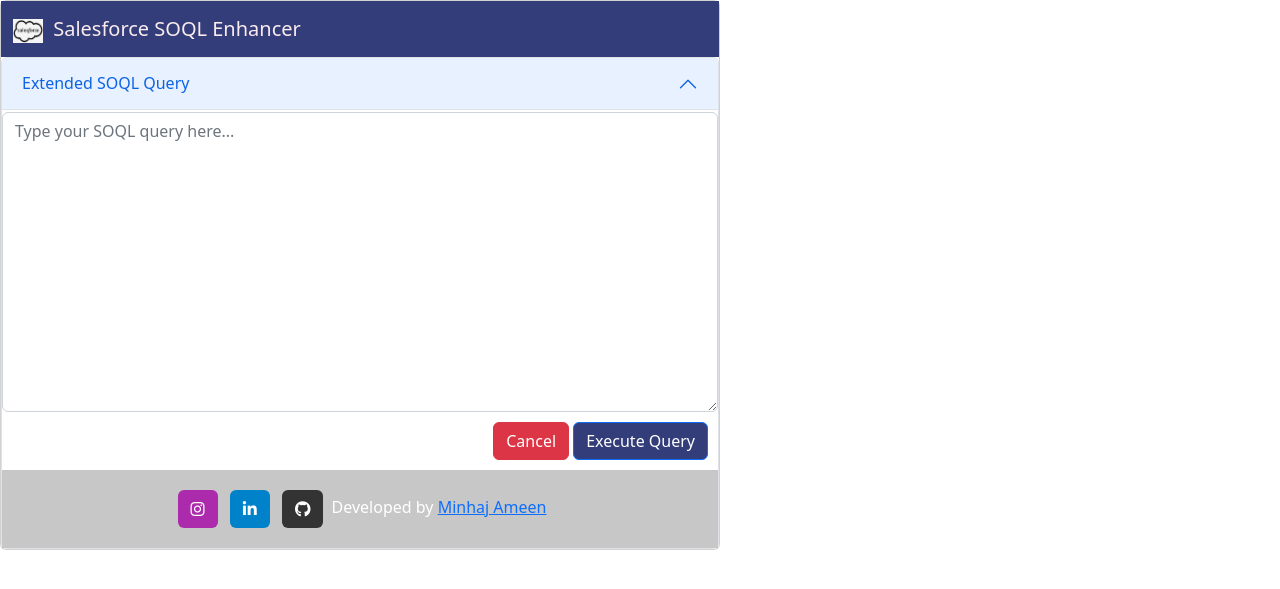
Repository: anweshpargi/salesforceExtension
Page: popup.html
An editor plug-in stored every save of this project. The page is shown before and after the next save, followed by the edit.
The browser window is 1280 px wide. The pictures show the whole page.

Above is the page before, as saved 2023-09-03 01:33:36.
Not found: js/jsforce.js

### popup.html
<!DOCTYPE html>
<html lang="en">

<head>
    <meta charset="UTF-8">
    <meta http-equiv="X-UA-Compatible" content="IE=edge">
    <meta name="viewport" content="width=device-width, initial-scale=1.0">
    <link rel="stylesheet" href="bootstrap/css/bootstrap.min.css">

    <script src="bootstrap/js/bootstrap.min.js" type="text/javascript"></script>
    <script src="js/jsforce.js" type="text/javascript"></script>
    <link rel="stylesheet" href="https://cdnjs.cloudflare.com/ajax/libs/font-awesome/6.4.2/css/all.min.css" />

    <!-- <script src="https://kit.fontawesome.com/2bad70dabe.js" crossorigin="anonymous"></script> -->

    <!-- JavaScript Bundle with Popper -->

    <title> Salesforce Test Class Data Generator</title>
</head>


<body style="width: 720px">
    <div class="card">
        <nav class="navbar" style="background-color: #333D79FF;">
            <div class="container-fluid">
                <a class="navbar-brand" style="color: #FAEBEFFF;" href="#">
                    <img src="/icon.png" alt="Logo" width="30" height="24" style="margin-right: 5px;"
                        class="d-inline-block">
                    Salesforce SOQL Enhancer
                </a>
            </div>
        </nav>

        <div class="accordion" id="accordionExample">
            <div class="accordion-item">
                <h2 class="accordion-header" id="headingOne">
                    <button class="accordion-button" type="button" data-bs-toggle="collapse"
                        data-bs-target="#collapseOne" aria-expanded="true" aria-controls="collapseOne">
                        Extended SOQL Query
                    </button>
                </h2>
                <div id="collapseOne" class="accordion-collapse collapse show" aria-labelledby="headingOne"
                    data-bs-parent="#accordionExample">

                    <div class="">
                        <textarea style="margin-top: 2px; height: 300px;" class="form-control"
                            placeholder="Type your SOQL query here..." id="floatingtextarea"></textarea>
                    </div>
                    <div style="text-align: right; margin: 10px;">
                        <span style="color: green; font-weight: bold; display: none;" id="status" > </span>&nbsp;&nbsp;
                        <span id="loader" style="display: none;">
                            <span class="spinner-border text-primary"  role="status"></span>
                            <span style="color: darkblue;" id=""> &nbsp; Processing wait... </span>
                            <span style="color: darkblue;" id="count">  </span>&nbsp;
                        </span>
                        <span>
                            <button class="btn btn-success"  style="display: none;" id="downloadExcel" type="">Download Excel</button>
                        </span>
                        <button class="btn btn-danger" style=""  id="cancel" type="">Cancel</button>

                        <button class="btn btn-primary" style="background-color: #333D79FF;"  id="getbutton" type="">Execute Query</button>
                    </div>
                </div>

                <div class="bg-light text-center text-white">

                    <div class="text-center p-3" style="background-color: rgba(0, 0, 0, 0.2);">


                      <!-- Instagram -->
                      <a
                        class="btn text-white btn-floating m-1"
                        target="_blank"
                        style="background-color: #ac2bac;"
                        href="https://www.instagram.com/_spartann__/"
                        role="button"
                        ><i class="fab fa-instagram"></i
                      ></a>

                      <!-- Linkedin -->
                      <a
                        class="btn text-white btn-floating m-1"
                        target="_blank"
                        style="background-color: #0082ca;"
                        href="https://www.linkedin.com/in/minhajameen5/"
                        role="button"
                        ><i class="fab fa-linkedin-in"></i
                      ></a>

                      <!-- Github -->
                      <a
                        class="btn text-white btn-floating m-1"
                        target="_blank"
                        style="background-color: #333333;"
                        href="https://github.com/minhaj-ameen"
                        role="button"
                        ><i class="fab fa-github"></i
                      ></a>
                      Developed by
                      <a class="" target="_blank" href="https://www.instagram.com/_spartann__/"> Minhaj Ameen</a>
                    </div>

                </div>

            </div>
        </div>
    </div>

</body>
<script type="text/javascript" src="js/popup.js"></script>
<script type="text/javascript" src="js/xlsx.full.min.js"></script>
<!-- <script src='https://kit.fontawesome.com/a076d05399.js' crossorigin='anonymous'></script> -->


</html>

### js/popup.js
//store connection... con object
var conn = undefined;
var inputQuery = undefined;

console.log('popup js loaded succesfully')
document.querySelector('#getbutton').addEventListener('click', () => {
  console.log('XLSX ' + XLSX);
  console.log('method invoked on button click')
  chrome.tabs.query({ active: true, currentWindow: true }, (tabs) => {
    console.log('inside tabs query')
    var tab = tabs[0]
    console.log(tab.url.split('.')[0]);
    var instanceUrl = undefined
    if(tab?.url != undefined && tab.url.includes('sandbox')){
      console.log('Success if condition includes sandbox');
       instanceUrl = tab.url.split('.')[0] + '.sandbox.my.salesforce.com'
    }else{
      instanceUrl = tab.url.split('.')[0] + '.my.salesforce.com'
    }
    console.log(tab)
    var domainUrl = new URL(tab.url)
    var sessionId = undefined
    if (
      tab.url &&
      (tab.url.includes('.lightning.force.com') ||
        tab.url.includes('.salesforce.com'))
    ) {
      var port = chrome.runtime.connect({ name: 'knockknock' })
      port.postMessage({ host: instanceUrl.replace('https://', '') })
      port.onMessage.addListener(function (msg) {
        console.log('response from backgroundjs' + msg.ssid)
        sessionId = msg.ssid
        if (sessionId) {
          console.log('session id received  ', sessionId)
          conn = new jsforce.Connection({
            serverUrl: instanceUrl,
            instanceUrl: instanceUrl,
            sessionId: sessionId,
            version: '58.0',
          }) //jsforce
          console.log('connection', conn)
          getQueryInput()
        } else {
          alert('Salesforce Session Not found')
        }
      })
    } else {
      alert(
        'Not a Salesforce Domain!, Keep Salesforce Tab Active and Run again',
      )
    }
  })
})

function getQueryInput() {
  try {
    if (conn) {
      inputQuery = document
        .querySelector('#floatingtextarea')
        .value.replace(/\s\s+/g, ' ')
        .trim()
      console.log('Input query by user >> ' + inputQuery)
      processQuery(inputQuery);
    } else {
      alert('Connection not available')
    }
  } catch (error) {
    alert('Something went wrong ' + error.name)
  }
}

var records = [];
var processedQueries = [];
var recordCount = 0;
var countElement = undefined;
var statusElement = undefined;

async function processQuery(query) {
  countElement = document.getElementById('count');
  statusElement = document.getElementById('status');
  statusElement.style.display = "none";
  console.log('@@@ elementcount ' + countElement);
  recordCount = 0;
  records = [];
  processedQueries = [];
  try {
    isDisableExecute(true);
    showDownloadExcel(false);
    showSpinner(true);
    var match = query.match(/\(([^)]+)\)/i)
    if (match && query.length > 4000) {
      console.log('match and lenght pass');
      var valuesString = match[1];
      console.log('valuesString>> ' + valuesString);
      var valuesList = valuesString.split(',');

      var batchSize = 100;

      for (let i = 0; i < valuesList.length; i += batchSize) {
        // Slice a batch of values
        var batch = valuesList.slice(i, i + batchSize);
        // Join batch values with commas to create a new values string
        var batchValuesString = batch.join(',');

        // Replace values within parentheses with the batch values
        var modifiedQuery = query.replace(valuesString, batchValuesString);
        //console.log('modifiedQurery  >>' + modifiedQuery);
        // Store the modified query in the processedQueries array
        processedQueries.push(modifiedQuery);
        console.log('count ' + i);
        showSpinner(true);
        await executeQueryToDatabase(modifiedQuery);
      }
      console.log('final records length ' + records.length);
      console.log('records stingify ' + JSON.stringify(records));
      showSpinner(false);

      isDisableExecute(false);
      //return processedQueries;
      //executeQueryToDatabase(query);
    } else {
      executeQueryToDatabase(query);
      //showSpinner(false);
      //showDownloadExcel(true);
      //isDisableExecute(false);
    }
  } catch (error) {
    showSpinner(false);
    isDisableExecute(false);
    showDownloadExcel(false);
    alert(error.name)
    console.log(error)
  }
}

async function executeQueryToDatabase(inputQuery) {
  console.log('modified Query ' + inputQuery);
  var query = await conn
    .query(inputQuery)
    .on('record', function (record) {
      // console.log('@@ records push' + record.length)
      ++recordCount;
      console.log('@@@ ' + recordCount);
      //console.log('@@@@@ query.totalSize ' + query.totalSize);
      console.log('@@@@@@@ countElement '+ countElement.innerHTML);
      countElement.innerHTML = recordCount;
      let { attributes, ...rec } = record;
      records.push(rec);
      // console.log('records output' + records)
    })
    .on('end', function () {
      console.log('@@ total in database : ' + query.totalSize)
      console.log('@@ total fetched : ' + query.totalFetched)
      showSpinner(false);
      statusElement.style.display = "inline";
      statusElement.innerHTML = 'Success Total: ' + query.totalSize;
      showDownloadExcel(true);
      isDisableExecute(false);

    })
    .on('error', function (err) {
      alert('ERROR NAME: ' + err.name)
      showDownloadExcel(false);
      showSpinner(false);
      isDisableExecute(false);
      showDownloadExcel(false);
      console.error(err)
    })
    .run({ autoFetch: true, maxFetch: 1000000 })
}


document.querySelector('#downloadExcel').addEventListener('click', function() {
  console.log('clicked button excel');
  const exportButton = document.getElementById('downloadExcel');
  console.log('exportButton  ' + exportButton);
  console.log('XLSX' + XLSX);

  // const data = [
  //   { Name: 'John', Age: 30 },
  //   { Name: 'Jane', Age: 25 }
  // ];


  const ws = XLSX.utils.json_to_sheet(records);
  const wb = XLSX.utils.book_new();
  XLSX.utils.book_append_sheet(wb, ws, 'Sheet1');

  // Convert the workbook to an ArrayBuffer
  const wbArrayBuffer = XLSX.write(wb, { bookType: 'xlsx', type: 'array' });

  // Create a Blob from the ArrayBuffer
  const blob = new Blob([wbArrayBuffer], {
    type: 'application/vnd.openxmlformats-officedocument.spreadsheetml.sheet'
  });

    const url = URL.createObjectURL(blob);

    const a = document.createElement('a');
    a.href = url;
    const currentDatetime = new Date().toISOString().replace(/[-:.]/g, '');

    const encodedFileName = encodeURIComponent(`exported_data_${currentDatetime}.xlsx`);

    a.download = encodedFileName;
    a.click();

    // Clean up
    setTimeout(function() {
      URL.revokeObjectURL(url);
    }, 0);
    alert(`${encodedFileName} downloaded succefully`);
});

function showSpinner(isShow){
  if(isShow){
    console.log('isshowspinner true');
    document.getElementById('loader').style.display = "inline";
  }else{
    document.getElementById('loader').style.display = "none";
  }
}

function showDownloadExcel(isShow){
  if(isShow){
    document.getElementById('downloadExcel').style.display = "inline";
  }else{
    document.getElementById('downloadExcel').style.display = "none";
  }
}

function isDisableExecute(isDisable){
    document.getElementById('getbutton').disabled = isDisable;
}

Loaded but not shown: bootstrap/css/bootstrap.min.css (library); bootstrap/js/bootstrap.min.js (library); js/xlsx.full.min.js (library)

After the next save:
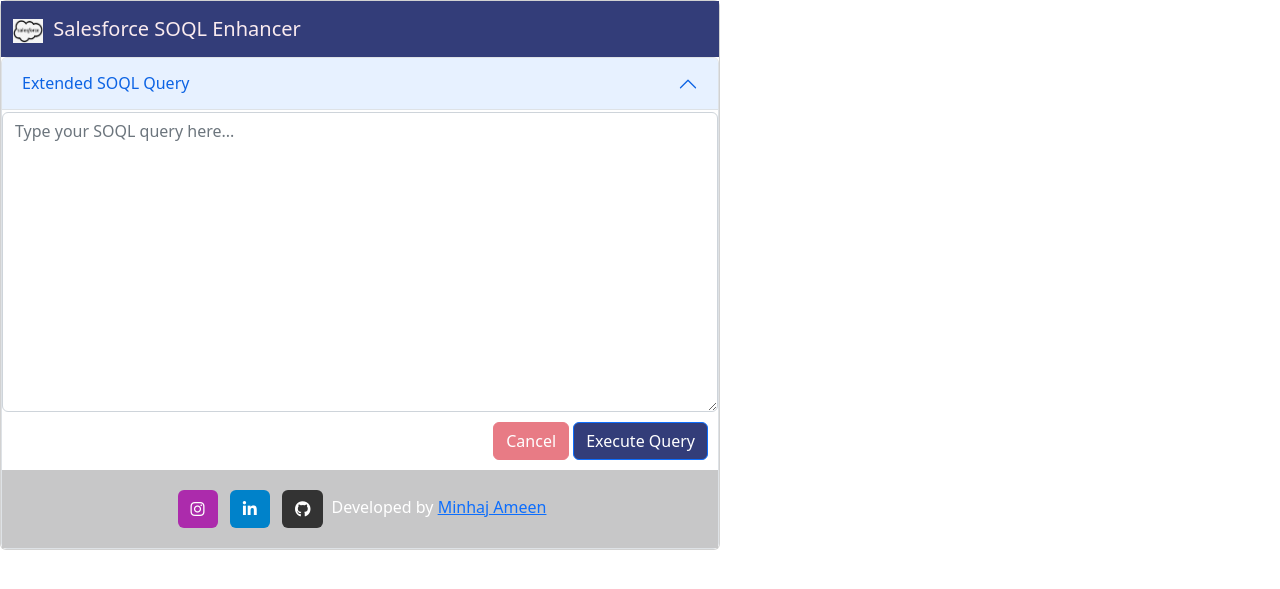
Saved 41 s later.
--- a/popup.html
+++ b/popup.html
@@ -56,7 +56,7 @@
                         <span>
                             <button class="btn btn-success"  style="display: none;" id="downloadExcel" type="">Download Excel</button>
                         </span>
-                        <button class="btn btn-danger" style=""  id="cancel" type="">Cancel</button>
+                        <button class="btn btn-danger" style=""  id="cancel" disabled="true" type="">Cancel</button>
 
                         <button class="btn btn-primary" style="background-color: #333D79FF;"  id="getbutton" type="">Execute Query</button>
                     </div>

After the 5 saves that followed:
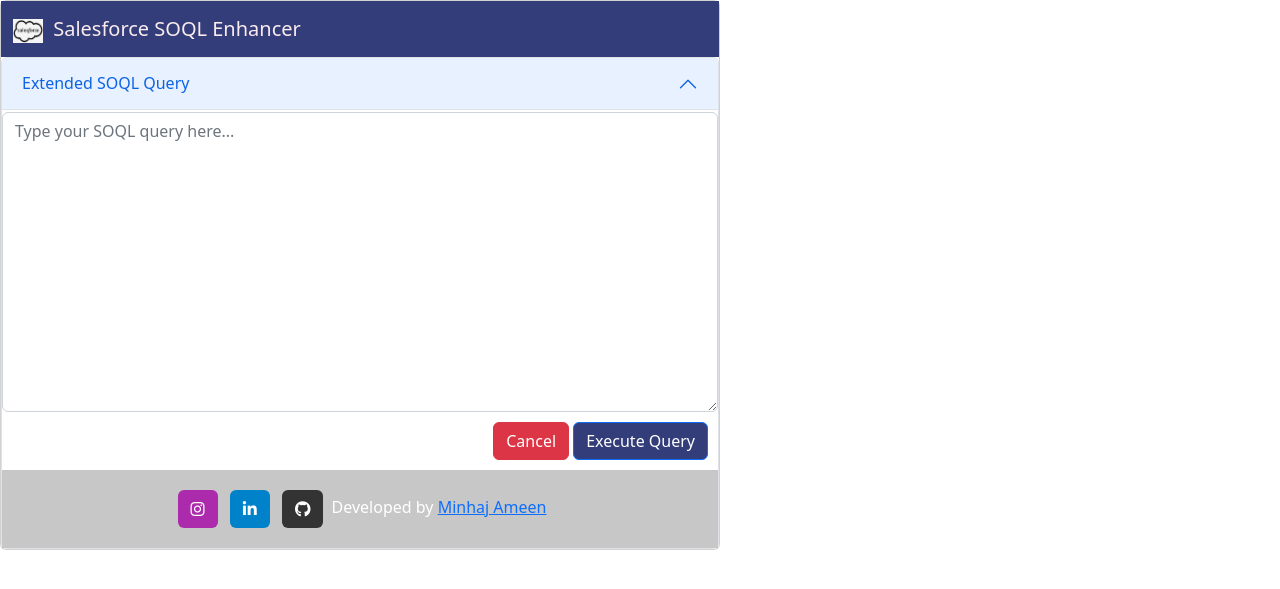
The 5 saves are shown as one change because 4 left the picture as it was.
The last was saved 6 min 24 s later.
--- a/popup.html
+++ b/popup.html
@@ -56,8 +56,7 @@
                         <span>
                             <button class="btn btn-success"  style="display: none;" id="downloadExcel" type="">Download Excel</button>
                         </span>
-                        <button class="btn btn-danger" style=""  id="cancel" disabled="true" type="">Cancel</button>
-
+                        <button class="btn btn-danger"  id="cancel"  type="">Cancel</button>
                         <button class="btn btn-primary" style="background-color: #333D79FF;"  id="getbutton" type="">Execute Query</button>
                     </div>
                 </div>
--- a/js/popup.js
+++ b/js/popup.js
@@ -74,8 +74,10 @@
 var recordCount = 0;
 var countElement = undefined;
 var statusElement = undefined;
+var doCancel = false;
 
 async function processQuery(query) {
+  doCancel = false;
   countElement = document.getElementById('count');
   statusElement = document.getElementById('status');
   statusElement.style.display = "none";
@@ -87,7 +89,7 @@
     isDisableExecute(true);
     showDownloadExcel(false);
     showSpinner(true);
-    var match = query.match(/\(([^)]+)\)/i)
+    var match = query.match(/\(([^)]+)\)/i);
     if (match && query.length > 4000) {
       console.log('match and lenght pass');
       var valuesString = match[1];
@@ -135,10 +137,14 @@
 
 async function executeQueryToDatabase(inputQuery) {
   console.log('modified Query ' + inputQuery);
+
   var query = await conn
     .query(inputQuery)
     .on('record', function (record) {
       // console.log('@@ records push' + record.length)
+      if(doCancel){
+        return;
+      }
       ++recordCount;
       console.log('@@@ ' + recordCount);
       //console.log('@@@@@ query.totalSize ' + query.totalSize);
@@ -232,3 +238,9 @@
 function isDisableExecute(isDisable){
     document.getElementById('getbutton').disabled = isDisable;
 }
+
+document.getElementById('downloadExcel').addEventListener('click', ()=>{
+console.log('Cancle button executed');
+doCancel = true;
+
+})
